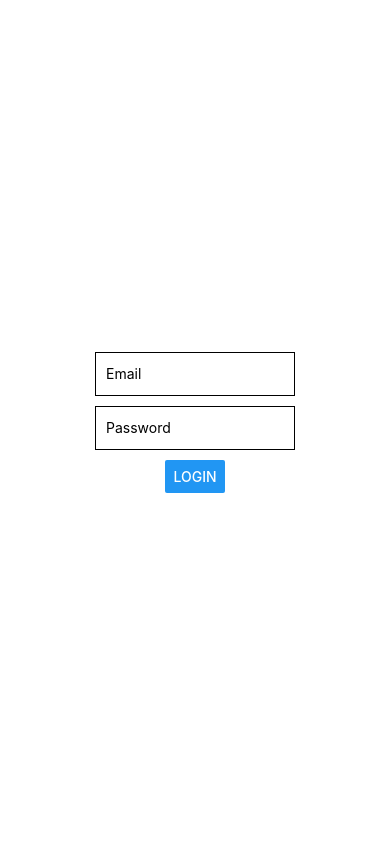
Repository: maliProgramerTimetable/timetable-mobile
Screen: /
An editor plug-in stored every save of this project. The screen is shown before and after the next save, followed by the edit.
The app was drawn by React Native's web renderer in a window 390 px wide. The project was rebuilt for these pictures with package versions that can differ from the ones it lists, and the page was loaded fresh each time. Also part of the build but not shown: src/Home/index.js.

Above is the screen before, as saved 2022-12-15 13:43:32.

### App.js
import { StatusBar } from 'expo-status-bar';
import { StyleSheet, Text, View } from 'react-native';
import HomeScreen from './src/Home';
import LoginScreen from './src/Login';
import Navigator from './src/Navigation';

export default function App() {
  return (
    <View style={styles.container}>
        <Navigator />
    </View>
  );
}

const styles = StyleSheet.create({
  container: {
    flex: 1,
    backgroundColor: '#fff',
    alignItems: 'center',
    justifyContent: 'center',
  },
});

### src/Login/index.js
import React from 'react';
import { View, TextInput, Button, StyleSheet } from 'react-native';

const LoginScreen = () => {
  const onSubmit = (data) => {
    // Handle login here
  };

  return (
    <View style={styles.container}>
      <TextInput
        name="email"
        placeholder="Email"
        style={styles.input}
      />

      <TextInput
        name="password"
        placeholder="Password"
        style={styles.input}
      />

      <Button title="Login" />
    </View>
  );
};

const styles = StyleSheet.create({
  container: {
    flex: 1,
    alignItems: 'center',
    justifyContent: 'center',
    backgroundColor: 'red'
  },
  input: {
    width: 200,
    height: 44,
    padding: 10,
    borderWidth: 1,
    borderColor: 'black',
    marginBottom: 10,
  },
});

export default LoginScreen;

### src/Navigation/index.js
import { NavigationContainer } from "@react-navigation/native";
import { createNativeStackNavigator } from "@react-navigation/native-stack";
import { StyleSheet } from "react-native";
import HomeScreen from "../Home";
import LoginScreen from "../Login";

const Stack = createNativeStackNavigator();

export default function Navigator() {
  return (
    <NavigationContainer>
      <Stack.Navigator initialRouteName="Login">
        <Stack.Screen
          name="Home"
          component={HomeScreen}
          options={{ headerShown: false }}
        />
        <Stack.Screen
          name="Login"
          component={LoginScreen}
          options={{ headerShown: false }}
        />
      </Stack.Navigator>
    </NavigationContainer>
  );
}

const styles = StyleSheet.create({
  container: {
    flex: 1,
    backgroundColor: "blue",
    alignItems: "center",
    justifyContent: "center",
  },
});

After the next save:
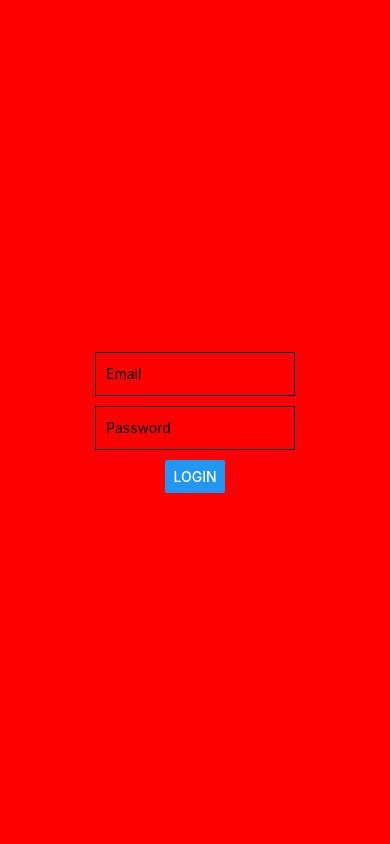
Saved 36 s later.
--- a/App.js
+++ b/App.js
@@ -6,9 +6,9 @@ import Navigator from './src/Navigation';
 
 export default function App() {
   return (
-    <View style={styles.container}>
+
         <Navigator />
-    </View>
+
   );
 }
 
